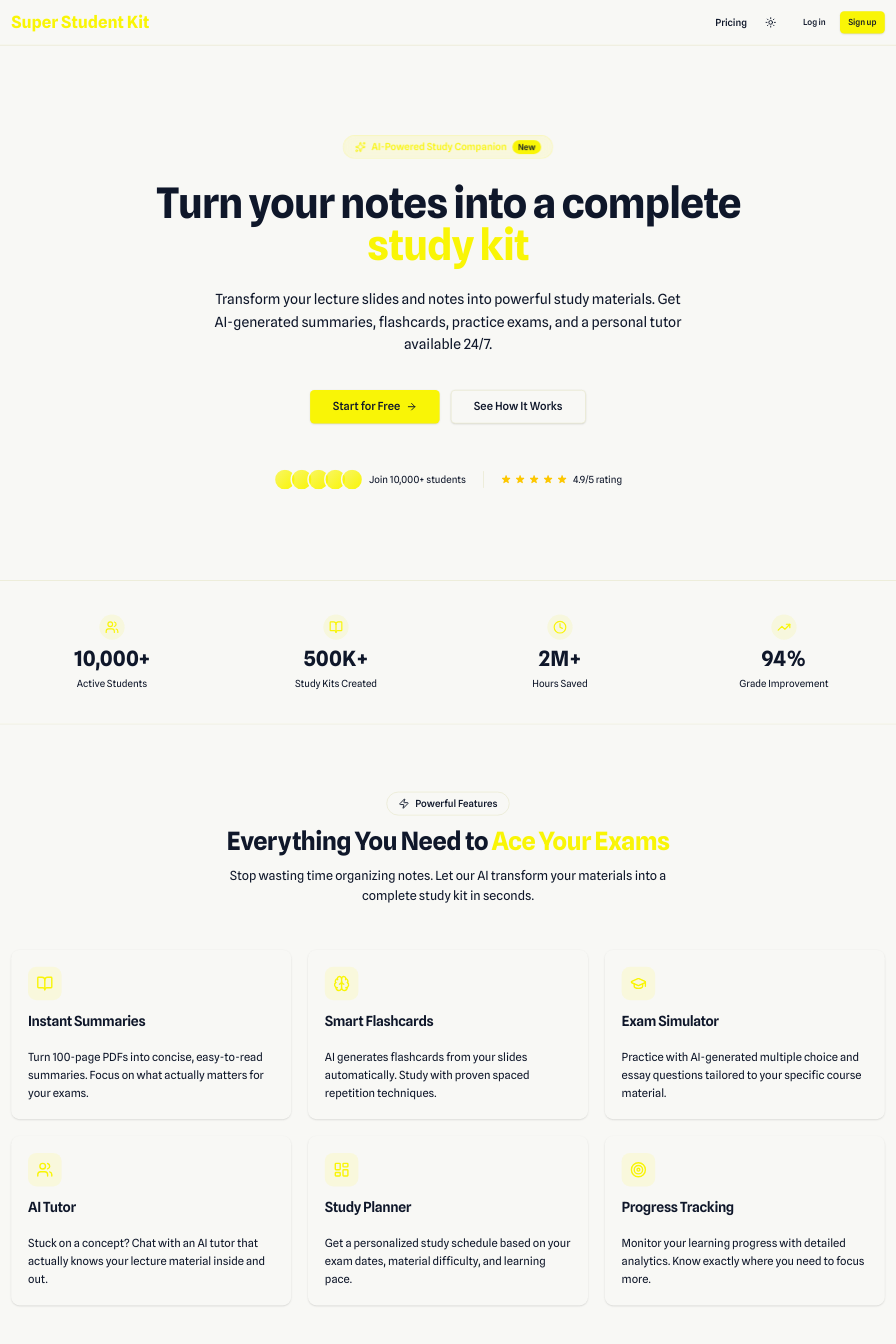
Repository: DiwanMalla/study_kit
Page: /
An editor plug-in stored every save of this project. The page is shown before and after the next save, followed by the edit.
The browser window is 1280 px wide. The pictures show the part of the page from y = 0 to 1920 px (the page is 2984 px tall), at 70% of full size.
The page's requests for data from a server got no answer. The project was rebuilt for these pictures with package versions that can differ from the ones it lists, and the page was loaded fresh each time. Some packages were replaced by stand-ins written for this rebuild. The framework's server and built-in components were replaced by stand-ins that run in the browser. No one was signed in, and anything a server would have sent is missing. Also part of the build but not shown: next.config.ts.

Above is the page before, as saved 2025-12-20 00:05:16.

After the next save:
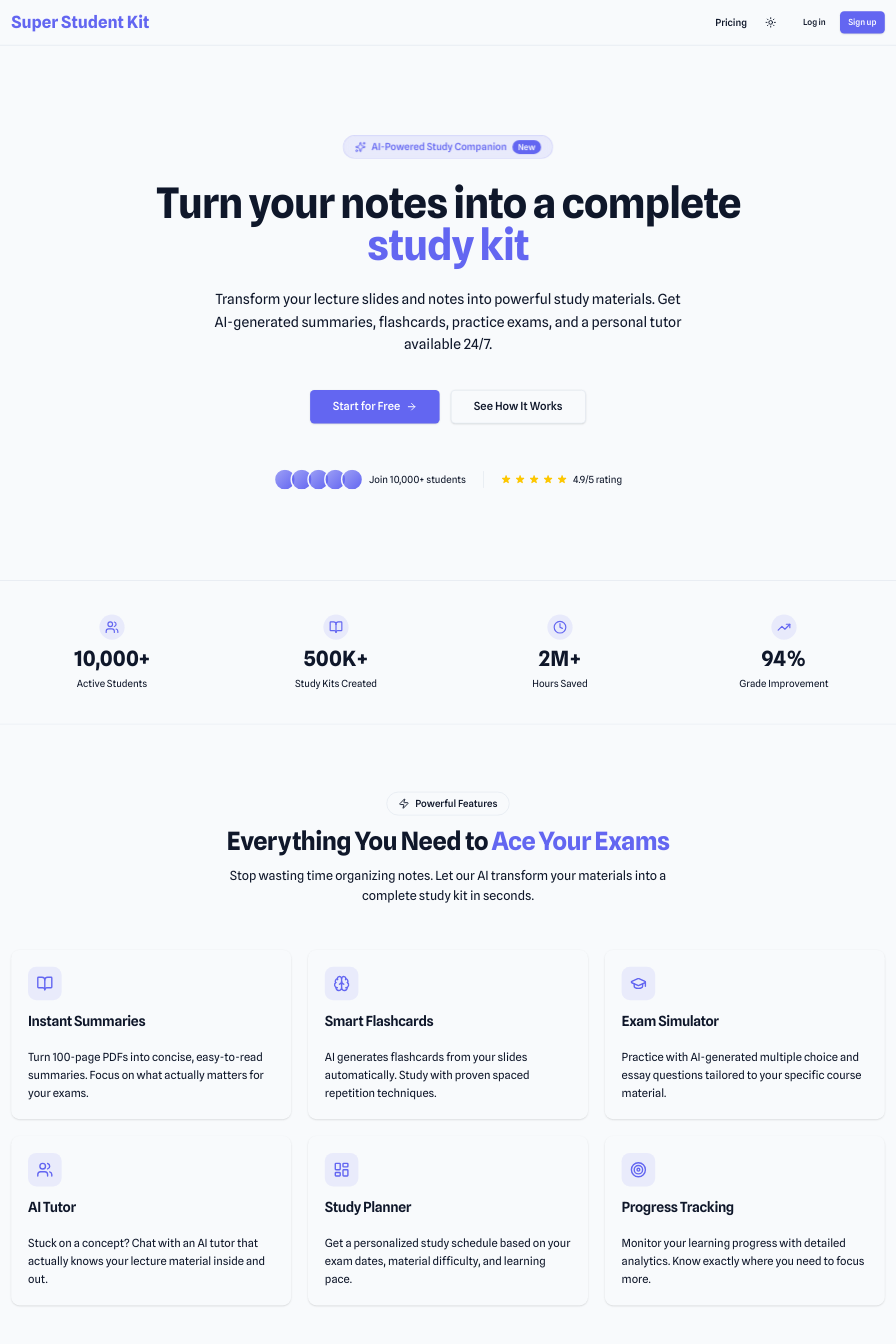
Saved 80 s later.
--- a/app/globals.css
+++ b/app/globals.css
@@ -14,22 +14,22 @@
 }
 
 :root {
-  --background: #f8f8f5;
+  --background: #f8fafc;
   --foreground: #0f172a;
-  --primary: #f9f506;
-  --primary-foreground: #0f172a;
-  --border: #e9e8ce;
+  --primary: #6366f1;
+  --primary-foreground: #ffffff;
+  --border: #e2e8f0;
   --surface: #ffffff;
   --radius: 1rem;
 }
 
 .dark {
-  --background: #23220f;
-  --foreground: #f1f5f9;
-  --primary: #f9f506;
-  --primary-foreground: #0f172a;
-  --border: #3a3920;
-  --surface: #2c2b15;
+  --background: #020617;
+  --foreground: #f8fafc;
+  --primary: #818cf8;
+  --primary-foreground: #ffffff;
+  --border: #1e293b;
+  --surface: #0f172a;
 }
 
 @layer base {
